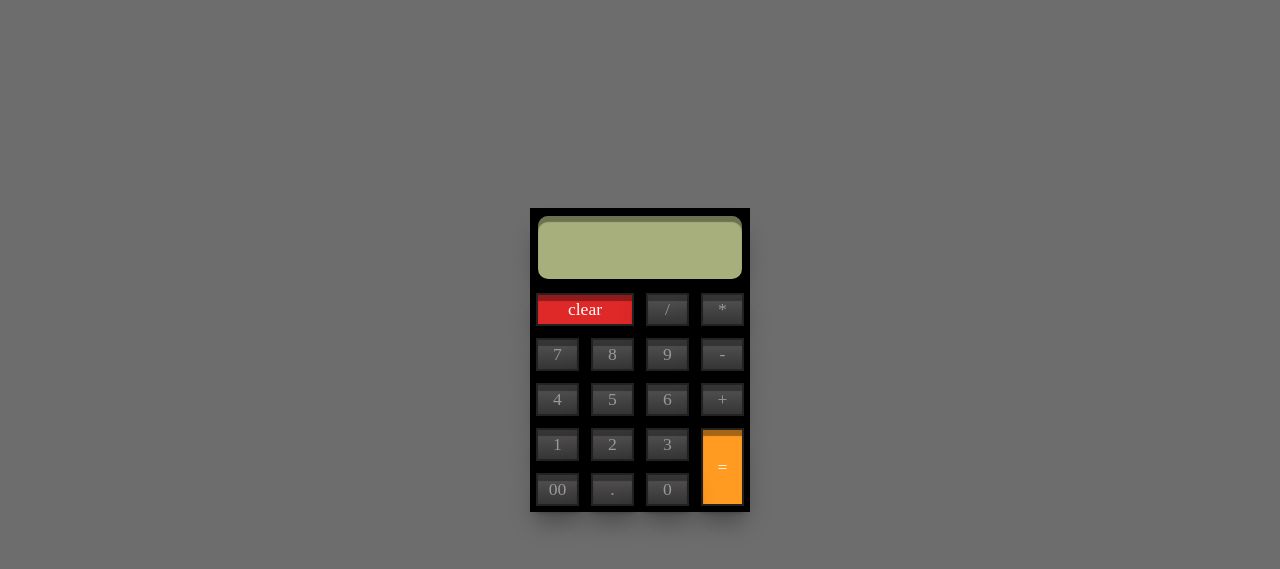
Repository: JunaidAnsari202/calculator
Page: index.html
The author's editor kept a copy of each file at every save. The page is drawn from the files as they stood at one save, then again after a run of saves.
The browser window is 1280 px wide. The pictures show the whole page.

Above is the page before, as saved 2023-10-28 15:03:57.

After the next 7 saves:
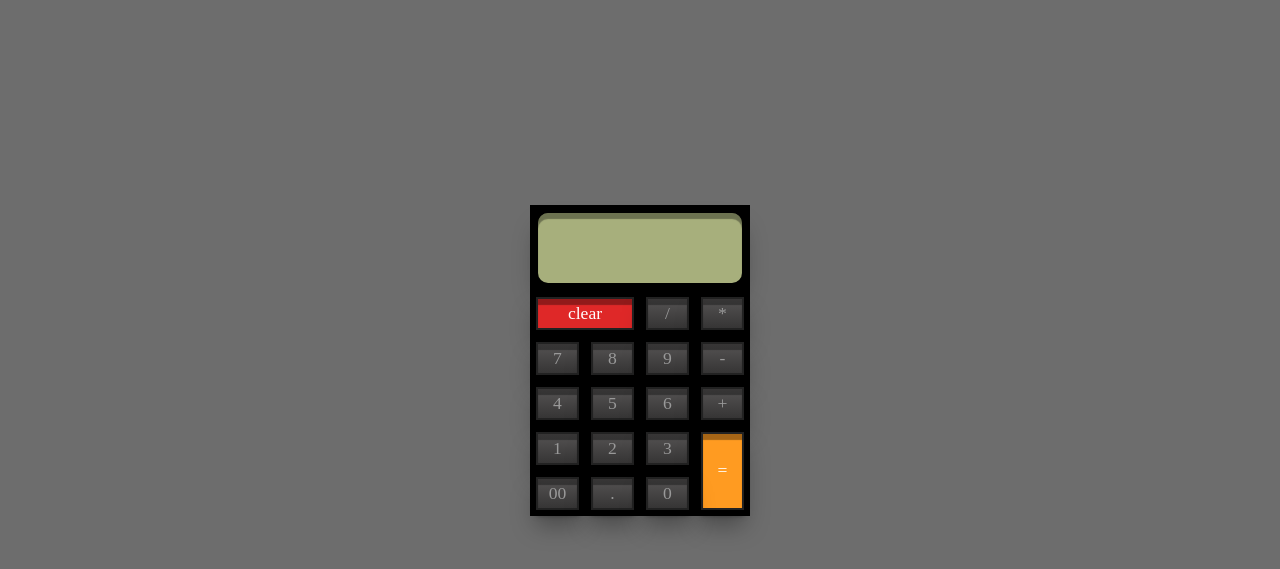
The 7 saves are shown as one change because they came seconds apart.
The last was saved 13 s later.
--- a/style.css
+++ b/style.css
@@ -35,7 +35,7 @@ body{
     position: relative;
     margin: 8px;
     grid-column: span 4;
-    height: rem;
+    height: 70px;
     line-height: 100px;
     padding: 0 5px ;
     border-radius: 10px;
